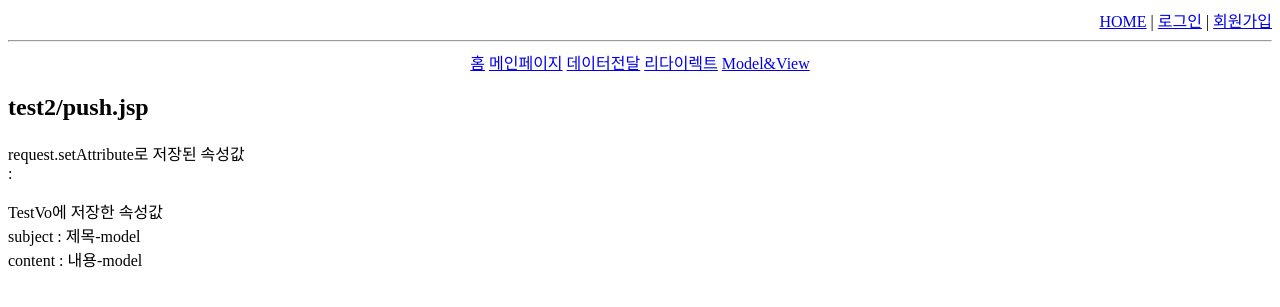
Repository: DeanNote/itwill-archive
Page: http://localhost/test2/push
These files come from the project's save history. The page is drawn as it stood at one moment and after the next save; the edit follows.
The browser window is 1280 px wide. The pictures show the whole page.
The page is served by Tomcat 9. Other server files are loaded and not shown.

Above is the page before, as saved 2023-11-27 03:34:47.

### test2/src/main/webapp/WEB-INF/views/test2/push.jsp
<%@ page language="java" contentType="text/html; charset=UTF-8"
    pageEncoding="UTF-8"%>
<!DOCTYPE html>
<html>
<head>
<meta charset="UTF-8">
<title>Insert title here</title>
</head>
<body>
	<header>
		<jsp:include page="../inc/top.jsp"></jsp:include>
	</header>
	<article>
		<h1>test2/push.jsp</h1>
		<p>request.setAttribute로 저장된 속성값<br> : ${msg}</p>
		<p>TestVo에 저장한 속성값<br> subject : ${test.subject} <br> content : ${test.content }</p>
	</article>
	<footer>

	</footer>

</body>
</html>

### test2/src/main/webapp/WEB-INF/views/inc/top.jsp
<%@ page language="java" contentType="text/html; charset=UTF-8"
    pageEncoding="UTF-8"%>
<style>
	#member_area{
		text-align: right;
	}
	#menu_area{
		text-align: center;
	}
</style>
<div id="member_area">
	<a href="./">HOME</a>
	| <a href="MemberLoginForm">로그인</a>
	| <a href="MemberJoinForm">회원가입</a>
</div>
<hr>
<div id = "menu_area">
	<a href="./">홈</a>
	<a href="main">메인페이지</a>
	<a href="push">데이터전달</a> <%--Test2Controller - test2/push.jsp(GET) --%>
	<a href="redirect">리다이렉트</a> <%--Test3Controller - test2/redirect.jsp(GET) --%>
	<a href="mav">Model&View</a> <%--Test7Controller - test2/mav.jsp(GET) --%>
</div>

### test2/src/main/java/com/itwillbs/test2/vo/TestVo.java
package com.itwillbs.test2.vo;

//~DTO, ~Bean, ~Vo 같은 뜻
public class TestVo {
	private String subject;
	private String content;

	public TestVo() {}

	public TestVo(String subject, String content) {
		super();
		this.subject = subject;
		this.content = content;
	}

	@Override
	public String toString() {
		return "TestVo [subject=" + subject + ", content=" + content + "]";
	}

	public String getSubject() {
		return subject;
	}

	public void setSubject(String subject) {
		this.subject = subject;
	}

	public String getContent() {
		return content;
	}

	public void setContent(String content) {
		this.content = content;
	}




}

After the next save:
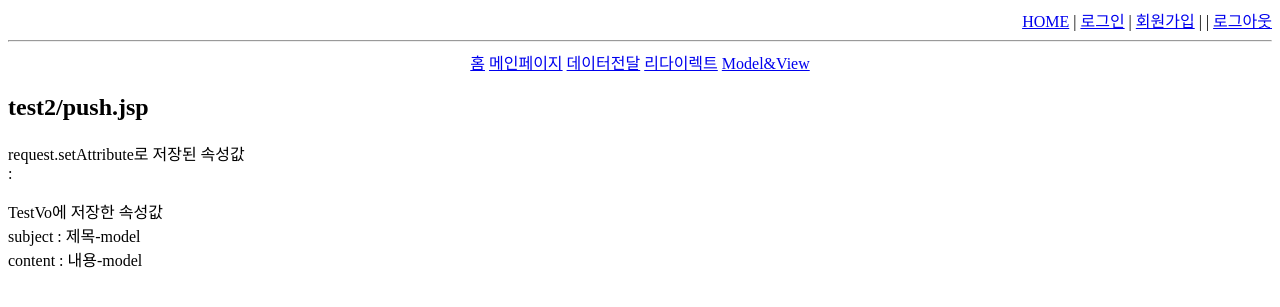
Saved 2 min 5 s later.
--- a/test2/src/main/webapp/WEB-INF/views/inc/top.jsp
+++ b/test2/src/main/webapp/WEB-INF/views/inc/top.jsp
@@ -10,8 +10,18 @@
 </style>
 <div id="member_area">
 	<a href="./">HOME</a>
-	| <a href="MemberLoginForm">로그인</a>
-	| <a href="MemberJoinForm">회원가입</a>
+	<c:choose>
+		<c:when test="${empty sessionScope.sId }"> <%-- 미 로그인 시 --%>
+			| <a href="MemberLoginForm.me">로그인</a>
+			| <a href="MemberJoinForm.me">회원가입</a>
+		</c:when>
+		<c:otherwise>
+			<%-- 아이디 클릭 시 회원정보 상세조회를 위한 MemberInfo.me 서블릿 요청 --%>
+			| <a href="MemberInfo.me">${sessionScope.sId }</a>
+			<%-- 로그아웃 클릭 시 자바스크립트 confirmLogout() 함수 실행 --%>
+			| <a href="javascript:confirmLogout()">로그아웃</a>
+		</c:otherwise>
+	</c:choose>
 </div>
 <hr>
 <div id = "menu_area">

After the save that followed:
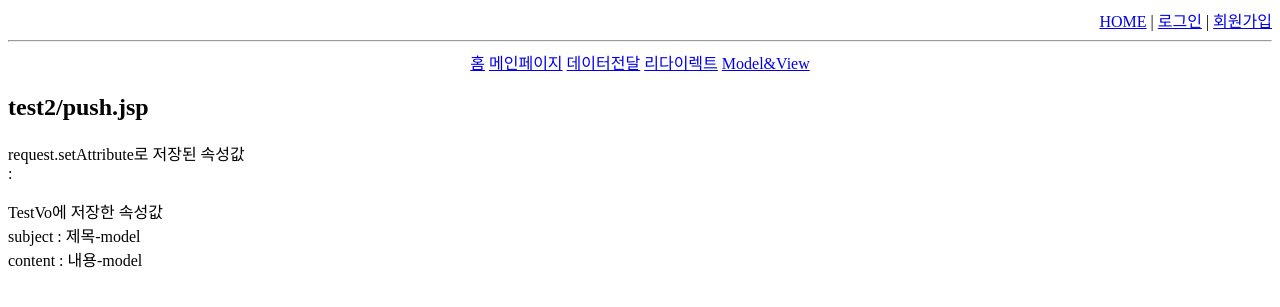
Saved 17 s later.
--- a/test2/src/main/webapp/WEB-INF/views/inc/top.jsp
+++ b/test2/src/main/webapp/WEB-INF/views/inc/top.jsp
@@ -1,5 +1,7 @@
 <%@ page language="java" contentType="text/html; charset=UTF-8"
     pageEncoding="UTF-8"%>
+<%@ taglib prefix="c" uri="http://java.sun.com/jsp/jstl/core" %>
+
 <style>
 	#member_area{
 		text-align: right;
